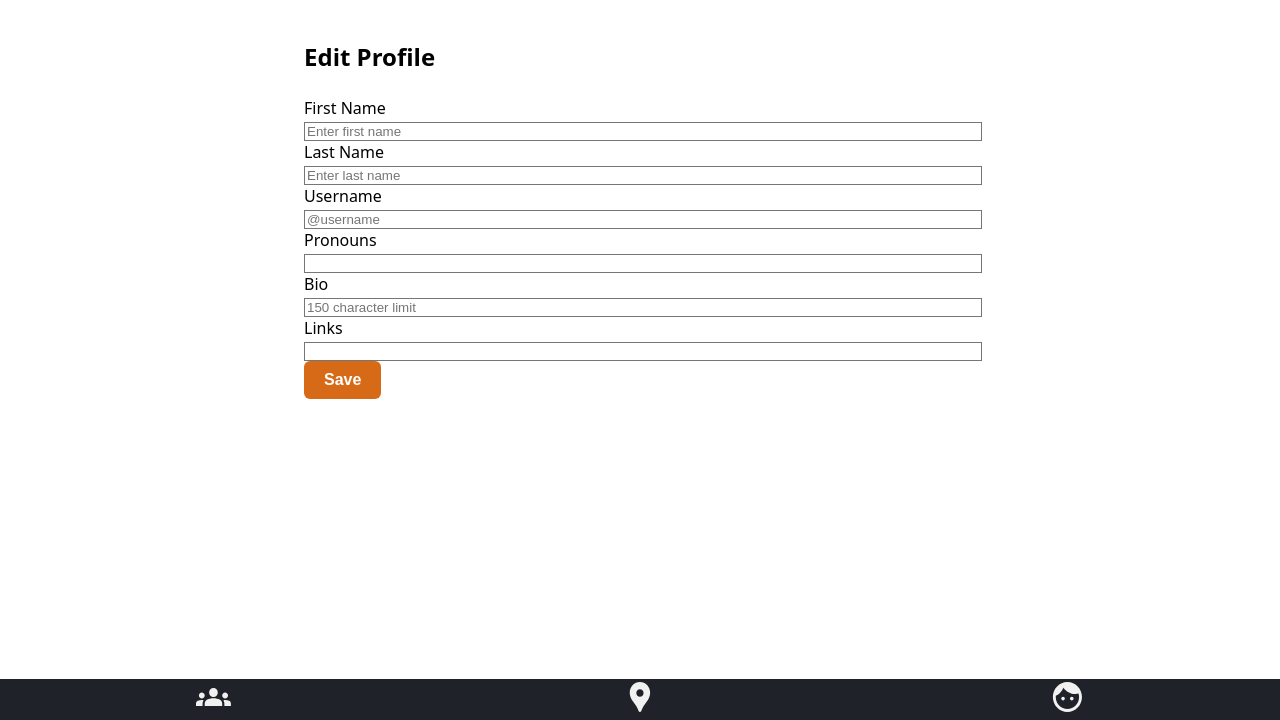
Repository: amolwalia/LocaLens-App
Page: /profile
An editor plug-in stored every save of this project. The page is shown before and after a run of saves, followed by the edit.
The browser window is 1280 px wide. The pictures show the whole page.
The project was rebuilt for these pictures with package versions that can differ from the ones it lists, and the page was loaded fresh each time. The framework's server and built-in components were replaced by stand-ins that run in the browser. Also part of the build but not shown: next.config.mjs.

Above is the page before, as saved 2025-05-22 23:50:20.

After the next 2 saves:
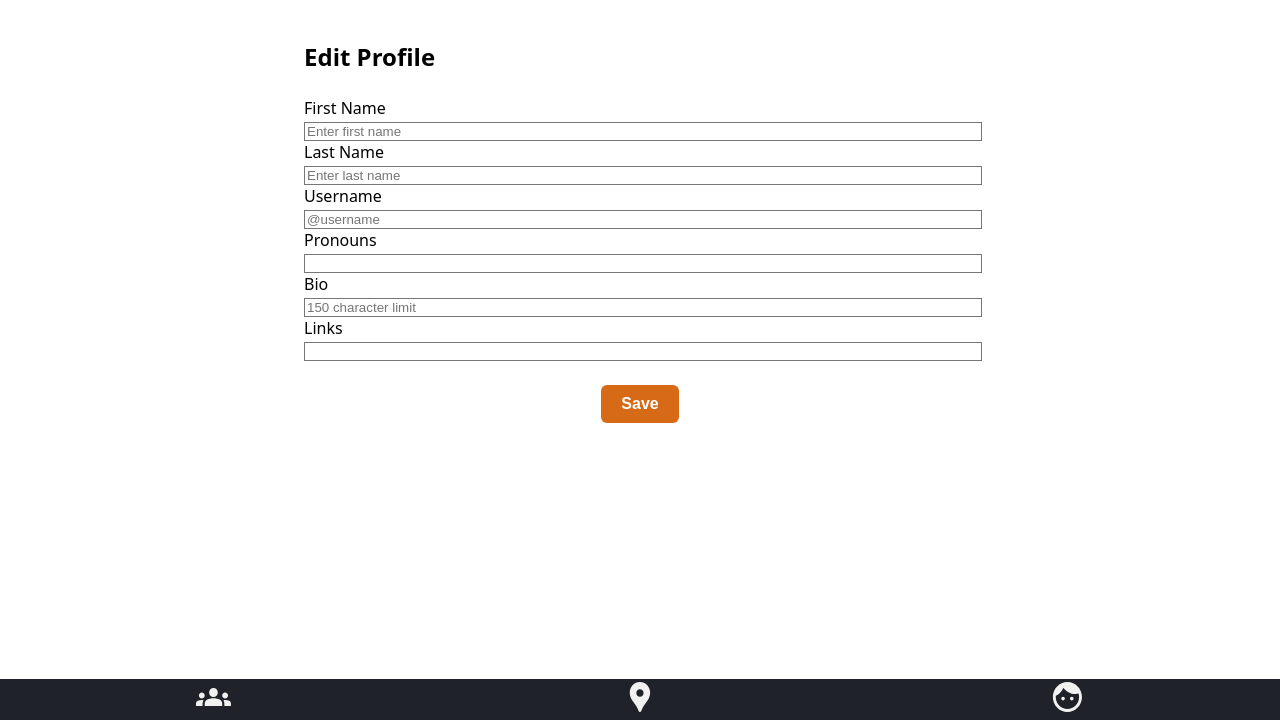
The 2 saves are shown as one change because they came seconds apart.
The last was saved 15 s later.
--- a/app/globals.css
+++ b/app/globals.css
@@ -24,6 +24,12 @@
   margin-bottom: 24px;
 }
 
+.buttonContainer {
+  display: flex;
+  justify-content: center;
+  margin-top: 24px;
+}
+
 .saveButton {
   background-color: #d76a17;
   color: #ffffff;
